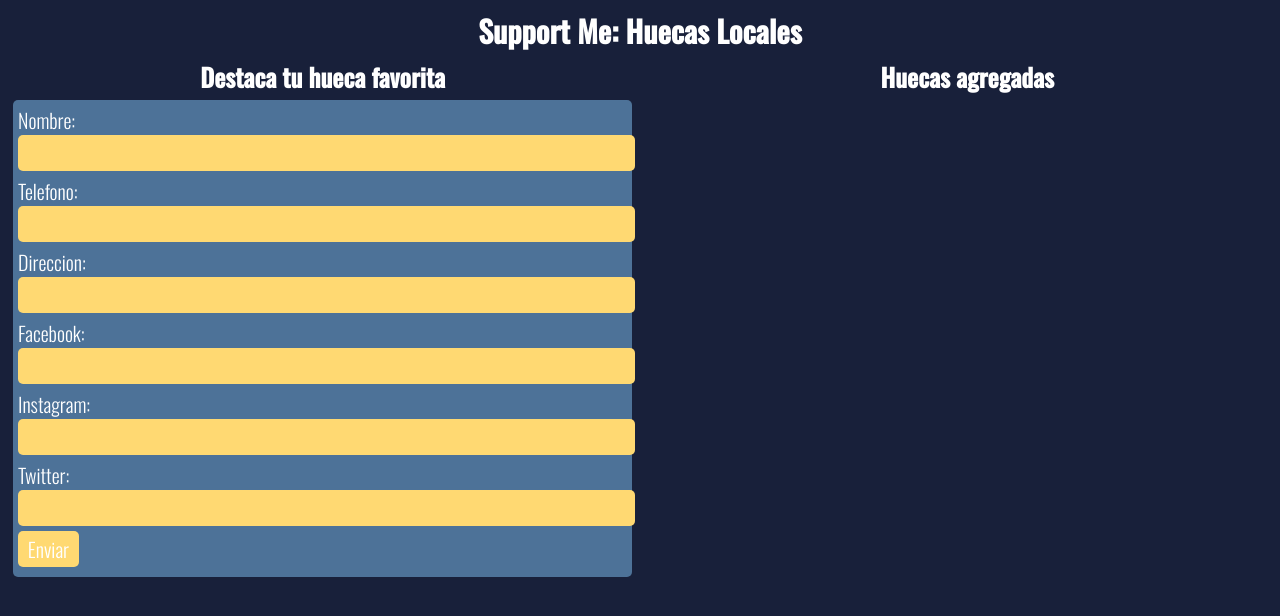
Repository: renzopachecoj/huecas-website
Page: index.html
The author's editor kept a copy of each file at every save. The page is drawn from the files as they stood at one save, then again after the next save.
The browser window is 1280 px wide. The pictures show the whole page.

Above is the page before, as saved 2020-08-01 15:29:37.

### index.html
<!DOCTYPE html>
<html>
<head>
    <title>Huecas</title>
    <link rel="stylesheet" href="styles.css">
</head>
<body>
    <h1>Support Me: Huecas Locales</h1>
    <div id="content">
    <div class="col">
        <h2>Destaca tu hueca favorita</h2>
        <form action="huecas.php" method="post">
            Nombre: <input type="text" name="nombre"><br>
            Telefono: <input type="tel" name="telefono"><br>
            Direccion: <input type="text" name="direccion"><br>
            Facebook: <input type="url" name="facebook"><br>
            Instagram: <input type="url" name="instagram"><br>
            Twitter: <input type="url" name="twitter"><br>
            <input type="submit" value="Enviar">
        </form>
    </div>
    <div class="col">
        <h2>Huecas agregadas</h2>
    </div>
</div>
</body>
</html>

### styles.css
@import url('https://fonts.googleapis.com/css2?family=Oswald:wght@300;500&display=swap');

* {
    font-family: 'Oswald', sans-serif;
    font-weight: lighter;
    font-size: 20px;
    color: #fff;
}
body{
    background-color: #18203a;
}
h1{
    font-size: 30px;
    font-weight: bold;
    width: 100%;
    text-align: center;
    margin: 5px 0px 5px 0px;
}
h2{
    font-size: 25px;
    font-weight: bold;
    width: 100%;
    text-align: center;
    margin: 0px 0px 5px 0px;
}
.col{
    display: flex;
    flex-direction: column;
    width: 49%;
}
#content{
    display: flex;
    flex-direction: row;
    float: left;
    column-gap: 2%;
    width: 100%;
    margin: 0px 5px 5px 5px;
}
input{
    width: 100%;
    margin: 0px 0px 5px 0px;
    border-radius: 5px;
    border-color: transparent;
    background-color: #FFD972;
    align-self: stretch;
}
input[value="Enviar"]{
    width: 10%;
    z-index: 100;
}
form{
    background-color: #4D7298;
    padding: 5px 5px 5px 5px;
    border-radius: 5px;
}

After the next save:
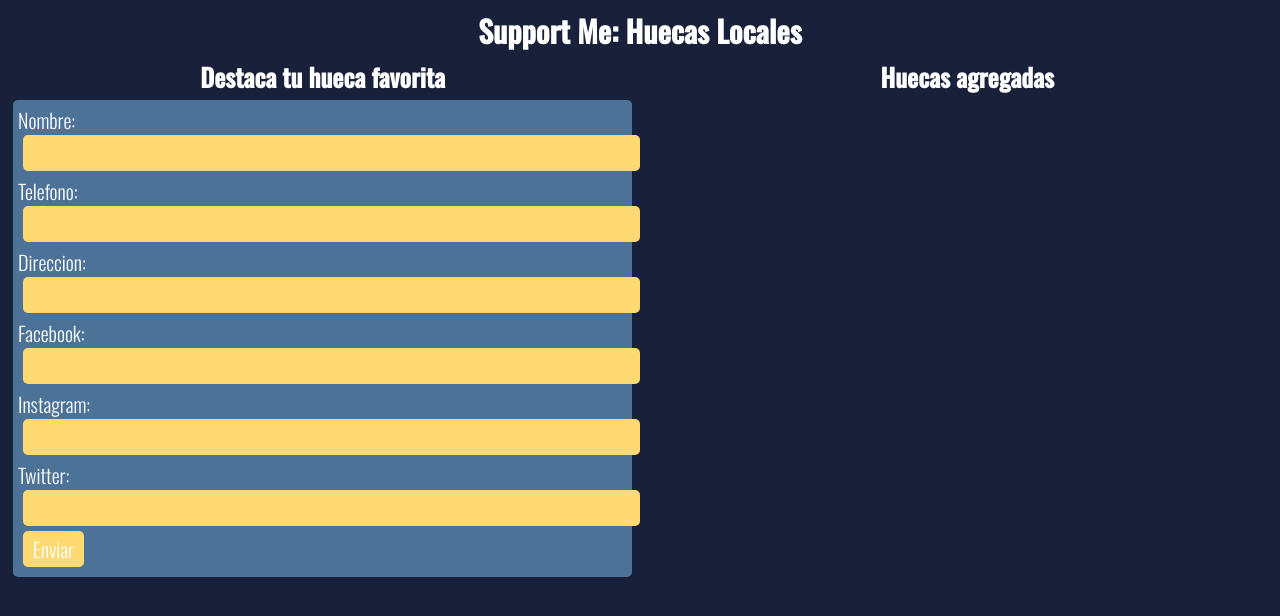
Saved 40 s later.
--- a/styles.css
+++ b/styles.css
@@ -38,7 +38,7 @@ h2{
 }
 input{
     width: 100%;
-    margin: 0px 0px 5px 0px;
+    margin: 0px 5px 5px 5px;
     border-radius: 5px;
     border-color: transparent;
     background-color: #FFD972;
